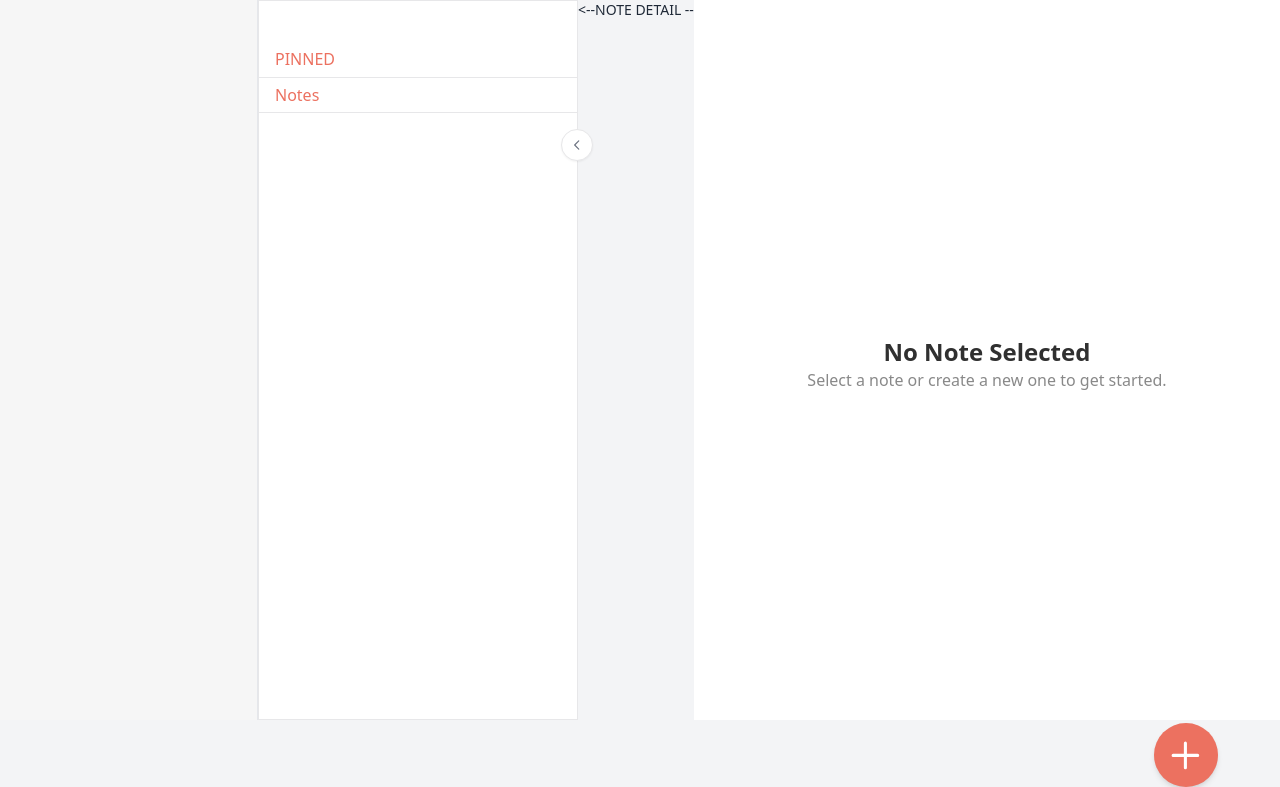
Repository: wafaa399/Note-App
Page: index.html
An editor plug-in stored every save of this project. The page is shown before and after the next save, followed by the edit.
The browser window is 1280 px wide. The pictures show the whole page.
Some web fonts or font styles are not loaded; a fallback is used. Some web libraries are served in a nearby version.

Above is the page before, as saved 2026-07-20 04:47:29.

After the next save:
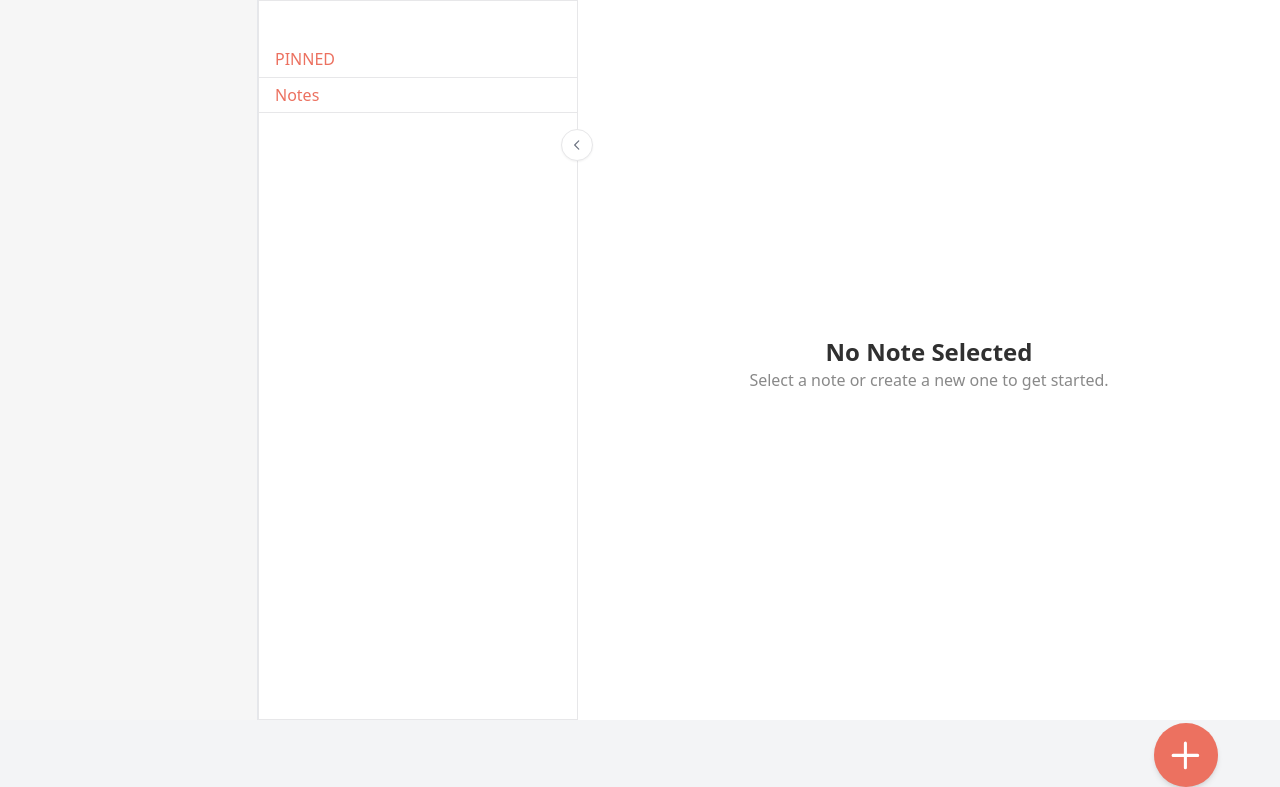
Saved 19 s later.
--- a/index.html
+++ b/index.html
@@ -161,7 +161,7 @@
           </svg>
         </button>
       </section>
-      <--NOTE DETAIL --
+      <!--NOTE DETAIL -->
       <main class="flex-1 overflow-y-auto bg-white">
         <div id="detailView" class="pt-[114px]"></div>
         <button
